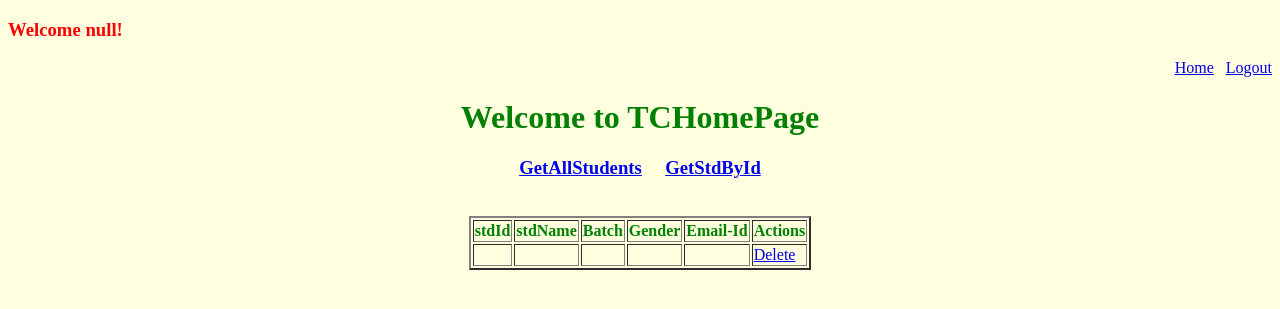
Repository: Ranjith-Kondra/Student_Assignment
Page: http://localhost/StudentWebApp/GetAllStd
The author's editor kept a copy of each file at every save. The page is drawn from the files as they stood at one save, then again after the next save.
The browser window is 1280 px wide. The pictures show the whole page.
The page is served by Tomcat 9. Other server files are loaded and not shown. Queries for data that is not in the repository find no rows.

Above is the page before, as saved 2024-01-16 11:55:14.

### Student_prog1/WorkSpace1/StudentWebApp/WebContent/GetAllStd.jsp
<%@ page language="java" contentType="text/html; charset=ISO-8859-1"
    pageEncoding="ISO-8859-1" import="java.util.List, com.dto.Student"%>
<!DOCTYPE html PUBLIC "-//W3C//DTD HTML 4.01 Transitional//EN" "http://www.w3.org/TR/html4/loose.dtd">
<html>
<head>
<meta http-equiv="Content-Type" content="text/html; charset=ISO-8859-1">
<title>GetAllStds</title>
</head>
<body>


	<jsp:include page="TCHomePage.jsp" />



	<table border="2" align="center">

		<tr>
			<th>stdId</th>
			<th>stdName</th>
			<th>Batch</th>
			<th>Gender</th>
			<th>Email-Id</th>
			<th colspan="2">Actions</th>
		</tr>

		<c:forEach var="std" items="${stdList}">

		<tr>
			<td> ${ std.stdId } </td>
			<td> ${ std.stdName } </td>
			<td> ${ std.Batch } </td>
			<td> ${ std.gender } </td>
			<td> ${ std.emailId } </td>
			<td> <a href='DeleteStudent?stdId=${std.stdId}'>Delete</a> </td>
		</tr>

		</c:forEach>

	</table>

</body>
</html>

### Student_prog1/WorkSpace1/StudentWebApp/WebContent/TCHomePage.jsp
<%@ page language="java" contentType="text/html; charset=ISO-8859-1"
    pageEncoding="ISO-8859-1"%>
<!DOCTYPE html PUBLIC "-//W3C//DTD HTML 4.01 Transitional//EN" "http://www.w3.org/TR/html4/loose.dtd">
<html>
<head>
<meta http-equiv="Content-Type" content="text/html; charset=ISO-8859-1">
<title>Insert title here</title>
</head>

<body bgcolor='lightyellow' text='green'>

		<% String emailId = (String) session.getAttribute("emailId"); %>

		<h3 style='color:red;'>Welcome <%= emailId %>!</h3>

		<form align="right">
			<a href="TCHomePage.jsp">Home</a> &nbsp;
			<a href="Logout">Logout</a>
		</form>

		<center>
		<h1>Welcome to TCHomePage</h1>

		<h3><a href='GetAllStd'>GetAllStudents</a> &nbsp; &nbsp;
		<a href='GetStdById.jsp'>GetStdById</a>
		</h3> <br/>

		</center>


</body>
</html>

### Student_prog1/WorkSpace1/StudentWebApp/src/com/web/GetAllStd.java
package com.web;

import java.io.IOException;
import java.io.PrintWriter;
import java.util.List;

import javax.servlet.RequestDispatcher;
import javax.servlet.ServletException;
import javax.servlet.annotation.WebServlet;
import javax.servlet.http.HttpServlet;
import javax.servlet.http.HttpServletRequest;
import javax.servlet.http.HttpServletResponse;

import com.dao.StudentDAO;
import com.dto.Student;


@WebServlet("/GetAllStd")
public class GetAllStd extends HttpServlet {

protected void doGet(HttpServletRequest request, HttpServletResponse response) throws ServletException, IOException {

		response.setContentType("text/html");
		PrintWriter out = response.getWriter();

		StudentDAO stdDao = new StudentDAO();
		List<Student> stdList = stdDao.getAllStudents();

		if (stdList != null) {

			//Storing Student list under request object
			request.setAttribute("stdList", stdList);

			RequestDispatcher rd = request.getRequestDispatcher("GetAllStd.jsp");
			rd.forward(request, response);

		} else {

			RequestDispatcher rd = request.getRequestDispatcher("TCHomePage.jsp");
			rd.include(request, response);

			out.println("<center>");
			out.println("<h1 style='color:red;'>Unable to Fetch the Student Record(s)!!!</h1>");
			out.println("</center>");
		}
     }

	protected void doPost(HttpServletRequest request, HttpServletResponse response) throws ServletException, IOException {

		doGet(request, response);
	}

}

### Student_prog1/WorkSpace1/StudentWebApp/src/com/dao/StudentDAO.java
package com.dao;

import java.sql.Connection;
import java.sql.PreparedStatement;
import java.sql.ResultSet;
import java.sql.SQLException;
import java.util.ArrayList;
import java.util.List;

import com.db.dbConnection;
import com.dto.Student;

public class StudentDAO {

	public Student stdLogin(String emailId, String password) {

		Connection con = dbConnection.getConnection();
		PreparedStatement pst = null;
		ResultSet rs = null;

		String loginQuery = "Select * from student where emailId=? and password=?";

		try {
			pst = con.prepareStatement(loginQuery);
			pst.setString(1, emailId);
			pst.setString(2, password);
			rs = pst.executeQuery();

			if (rs.next()) {
				Student std = new Student();
				std.setstdId(rs.getInt(1));
				std.setstdName(rs.getString(2));
				std.setBatch(rs.getString(3));
				std.setGender(rs.getString(4));
				std.setEmailId(rs.getString(5));
				std.setPassword(rs.getString(6));
				return std;
			}

		} catch (SQLException e) {
			e.printStackTrace();
		}

		finally {
			if (con != null) {
				try {
					rs.close();
					pst.close();
					con.close();
				} catch (SQLException e) {
					e.printStackTrace();
				}
			}
		}

		return null;
	}


	public List<Student> getAllStudents() {
		Connection con = dbConnection.getConnection();
		PreparedStatement pst = null;
		ResultSet rs = null;
		List<Student> stdList = null;

		String selectQuery = "Select * from student";


		try {
			pst = con.prepareStatement(selectQuery);
			rs = pst.executeQuery();

			stdList = new ArrayList<Student>();

			while (rs.next()) {
				Student std = new Student();

				std.setstdId(rs.getInt(1));
				std.setstdName(rs.getString(2));
				std.setBatch(rs.getString(3));
				std.setGender(rs.getString(4));
				std.setEmailId(rs.getString(5));
				std.setPassword(rs.getString(6));

				stdList.add(std);
			}

		} catch (SQLException e) {
			e.printStackTrace();
		}

		finally {
			if (con != null) {
				try {
					rs.close();
					pst.close();
					con.close();
				} catch (SQLException e) {
					e.printStackTrace();
				}
			}
		}
		return stdList;
	}

	public int registerStudent(Student std) {
		Connection con = dbConnection.getConnection();
		PreparedStatement pst = null;

		String insertQuery = "insert into student " +
		"(stdName, Batch, gender, emailId, password) values (?, ?, ?, ?, ?)";

		try {
			pst = con.prepareStatement(insertQuery);

			pst.setString(1, std.getstdName());
			pst.setString(2, std.getBatch());
			pst.setString(3, std.getGender());
			pst.setString(4, std.getEmailId());
			pst.setString(5, std.getPassword());

			return pst.executeUpdate();

		} catch (SQLException e) {
			e.printStackTrace();
		}

		finally {
			if (con != null) {
				try {
					pst.close();
					con.close();
				} catch (SQLException e) {
					e.printStackTrace();
				}
			}
		}

		return 0;
	}

	public Student getStudentById(int stdId) {
		Connection con = dbConnection.getConnection();
		PreparedStatement pst = null;
		ResultSet rs = null;

		String selectQuery = "Select * from student where stdId=?";


		try {
			pst = con.prepareStatement(selectQuery);
			pst.setInt(1, stdId);
			rs = pst.executeQuery();

			if (rs.next()) {

				Student std = new Student();

				std.setstdId(rs.getInt(1));
				std.setstdName(rs.getString(2));
				std.setBatch(rs.getString(3));
				std.setGender(rs.getString(4));
				std.setEmailId(rs.getString(5));
				std.setPassword(rs.getString(6));

				return std;
			}

		} catch (SQLException e) {
			e.printStackTrace();
		}

		finally {
			if (con != null) {
				try {
					rs.close();
					pst.close();
					con.close();
				} catch (SQLException e) {
					e.printStackTrace();
				}
			}
		}
		return null;
	}


	public int deleteStudent(int stdId) {
		Connection con = dbConnection.getConnection();
		PreparedStatement pst = null;

		String deleteQuery = "delete from student where stdId=?";


		try {
			pst = con.prepareStatement(deleteQuery);
			pst.setInt(1, stdId);

			return pst.executeUpdate();

		} catch (SQLException e) {
			e.printStackTrace();
		}

		finally {
			if (con != null) {
				try {
					pst.close();
					con.close();
				} catch (SQLException e) {
					e.printStackTrace();
				}
			}
		}
		return 0;
	}

	}

### Student_prog1/WorkSpace1/StudentWebApp/src/com/db/dbConnection.java
package com.db;

import java.sql.Connection;
import java.sql.DriverManager;
import java.sql.SQLException;

public class dbConnection {

	public static Connection getConnection() {

		Connection con = null;
		String url = "jdbc:mysql://localhost:3306/fsd57";

		try {
			Class.forName("com.mysql.cj.jdbc.Driver");
			con = DriverManager.getConnection(url, "root", "root");
		} catch (ClassNotFoundException | SQLException e) {
			e.printStackTrace();
		}


		return con;
	}

}

After the next save:
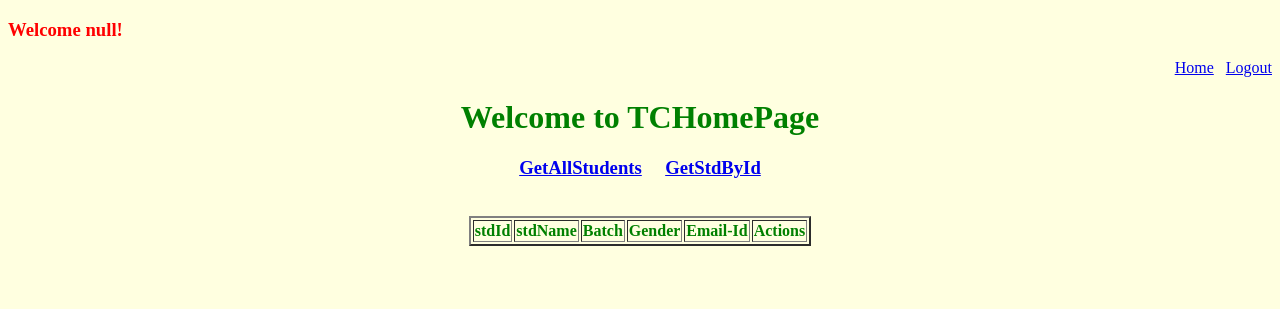
Saved 2 min 33 s later.
--- a/Student_prog1/WorkSpace1/StudentWebApp/WebContent/GetAllStd.jsp
+++ b/Student_prog1/WorkSpace1/StudentWebApp/WebContent/GetAllStd.jsp
@@ -1,5 +1,9 @@
 <%@ page language="java" contentType="text/html; charset=ISO-8859-1"
     pageEncoding="ISO-8859-1" import="java.util.List, com.dto.Student"%>
+
+    <!-- To Use JSTL Core Tags -->
+<%@ taglib uri="http://java.sun.com/jsp/jstl/core" prefix="c" %>
+
 <!DOCTYPE html PUBLIC "-//W3C//DTD HTML 4.01 Transitional//EN" "http://www.w3.org/TR/html4/loose.dtd">
 <html>
 <head>
